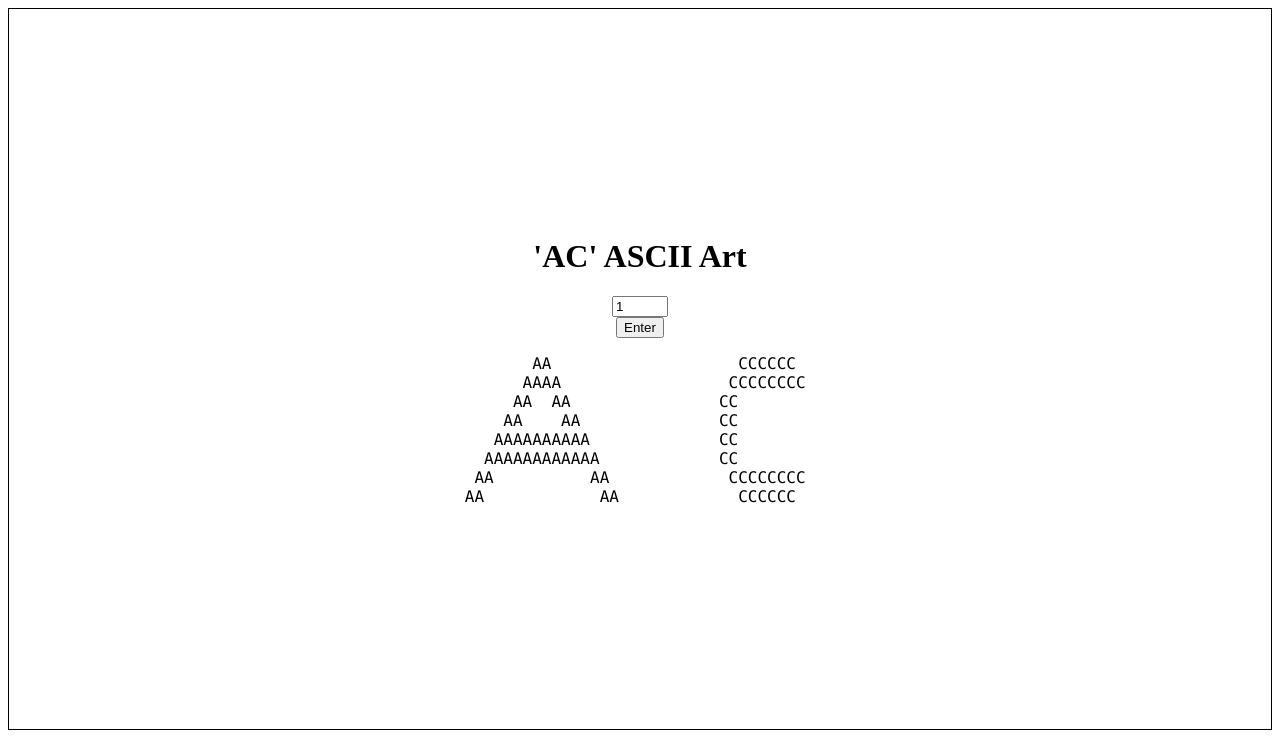
Repository: Achorn/ascii-art
Page: index.html
An editor plug-in stored every save of this project. The page is shown before and after the next save, followed by the edit.
The browser window is 1280 px wide. The pictures show the whole page.

Above is the page before, as saved 2021-08-09 21:02:44.

### index.html
<!DOCTYPE html>
<html lang="en">
  <head>
    <link rel="stylesheet" href="styles.css" />
    <meta charset="UTF-8" />
    <meta http-equiv="X-UA-Compatible" content="IE=edge" />
    <meta name="viewport" content="width=device-width, initial-scale=1.0" />
    <title>Document</title>
  </head>
  <body>
    <h1>'AC' ASCII Art</h1>
    <input id="scale-input" type="number" min="1" value="1" max="10" />
    <button onclick="handlePress()">Enter</button>
    <div id="ascii-container">
      <div id="a-container">
        <p id="mono-a" style="font-family: 'Lucida Console', monospace"></p>
      </div>
      <div id="c-container">
        <p id="mono-c" style="font-family: 'Lucida Console', monospace"></p>
      </div>
    </div>
    <script type="text/javascript" src="myscripts.js"></script>
  </body>
</html>

### styles.css
body {
  border: 1px solid black;
  display: flex;
  flex-direction: column;
  justify-content: center;
  align-items: center;
  height: 100vh;
}

form {
  border: 2px solid grey;
  height: 500px;
  /* width: 400px; */
  text-align: center;
}

#ascii-container {
  display: flex;
}

#a-container {
  /* background-color: pink; */
}
#c-container {
  /* background-color: pink; */
}
#mono-a {
  /* font-size: 25.5vw; */
  padding: 0px 50px 0px 50px;
  white-space: pre;
}
#mono-c {
  padding: 0px 50px 0px 50px;
  white-space: pre;
}

### myscripts.js
let oneA = ["A"];
let oneC = ["C"];
let twoA = [
  [" ", "A", " "],
  ["A", " ", "A"],
];
let twoC = [["C"], ["C"]];

let threeA = [
  [" ", " ", "A", " ", " "],
  [" ", "A", "A", "A", " "],
  ["A", " ", " ", " ", "A"],
];
let threeC = [
  [" ", "C", "C", "C"],
  ["C", " ", " ", " "],
  [" ", "C", "C", "C"],
];

let fourA = [
  [" ", " ", " ", "A"],
  [" ", " ", "A", " "],
  [" ", "A", "A", "A"],
  ["A", " ", " ", " "],
];
let fourC = [
  [" ", "C", "C", "C", " "],
  ["C", " ", " ", " ", " "],
];

let eight = [
  [" ", " ", " ", " ", " ", " ", " ", "A"],
  [" ", " ", " ", " ", " ", " ", "A", "A"],
  [" ", " ", " ", " ", " ", "A", "A", " "],
  [" ", " ", " ", " ", "A", "A", "A", "A"],
  [" ", " ", " ", "A", "A", "A", "A", "A"],
  [" ", " ", "A", "A", " ", " ", " ", " "],
  [" ", "A", "A", " ", " ", " ", " ", " "],
  ["A", "A", " ", " ", " ", " ", " ", " "],
];

function scaleSpread(array, factor) {
  const scaled = [];

  for (const row of array) {
    let x = [];

    for (const item of row) x.push(...Array(factor).fill(item));

    scaled.push(...Array(factor).fill(x));
  }

  return scaled;
}

function arrToString(arr) {
  let string = "";
  for (let i = 0; i < arr.length; i++) {
    string += arr[i].join("") + "<br>";
  }
  return string;
}

function halfAToString(arr) {
  let string = "";
  for (let i = 0; i < arr.length; i++) {
    string += arr[i].join("");
    let rev = arr[i].slice();
    string += rev.reverse().join("");
    string += "<br>";
  }
  return string;
}

function halfCToString(arr) {
  let string = "";
  for (let i = 0; i < arr.length; i++) {
    string += arr[i].join("");
    string += "<br>";
  }
  for (let i = arr.length - 1; i >= 0; i--) {
    string += arr[i].join("");
    string += "<br>";
  }
  return string;
}
function trimA(arr, lWidth) {
  for (i = 0; i < arr.length; i++) {
    let disp = lWidth - (i % lWidth) - 1;
    let newArr = arr[i].slice();
    for (let j = 0; j < disp; j++) {
      newArr.pop();
      newArr.unshift(" ");
    }
    arr[i] = newArr;
  }
}

function trimC(arr, lWidth) {
  console.log("trimming C: ", arr, lWidth);
  for (i = 0; i < lWidth; i++) {
    //add 2*i to center
    let newArr = arr[i].slice();
    console.log(i);
    for (let j = 0; j < i * 2; j++) {
      newArr.splice(newArr.length / 2, 0, "C");
    }

    //remove i from sides
    for (let j = 0; j < i; j++) {
      newArr.pop();
      newArr.shift();
    }
    arr[i] = newArr;
  }
}
//GET ELEMENTS
let monoA = document.getElementById("mono-a");
let monoC = document.getElementById("mono-c");
let scaleInput = document.getElementById("scale-input");
//SCALE AND RESIZE
//A
let scale = 2;

let scaledFour = scaleSpread(fourA, scale);
trimA(scaledFour, scale);

//C
let scaledC = scaleSpread(fourC, scale);
trimC(scaledC, scale);
//ADD TO HTML

monoA.innerHTML = halfAToString(scaledFour);
monoC.innerHTML = halfCToString(scaledC);

function scaleLetters(scale) {
  monoA.style.fontSize = `${60 / scale}px`;
  monoC.style.fontSize = `${60 / scale}px`;
  let scaledA = scaleSpread(fourA, scale);
  trimA(scaledA, scale);
  monoA.innerHTML = halfAToString(scaledFour);

  let scaledC = scaleSpread(fourC, scale);
  trimC(scaledC, scale);
  monoC.innerHTML = halfCToString(scaledC);
}

function handlePress() {
  scale = scaleInput.value;
  console.log(scale);
  scaleLetters(scale);
}

After the next save:
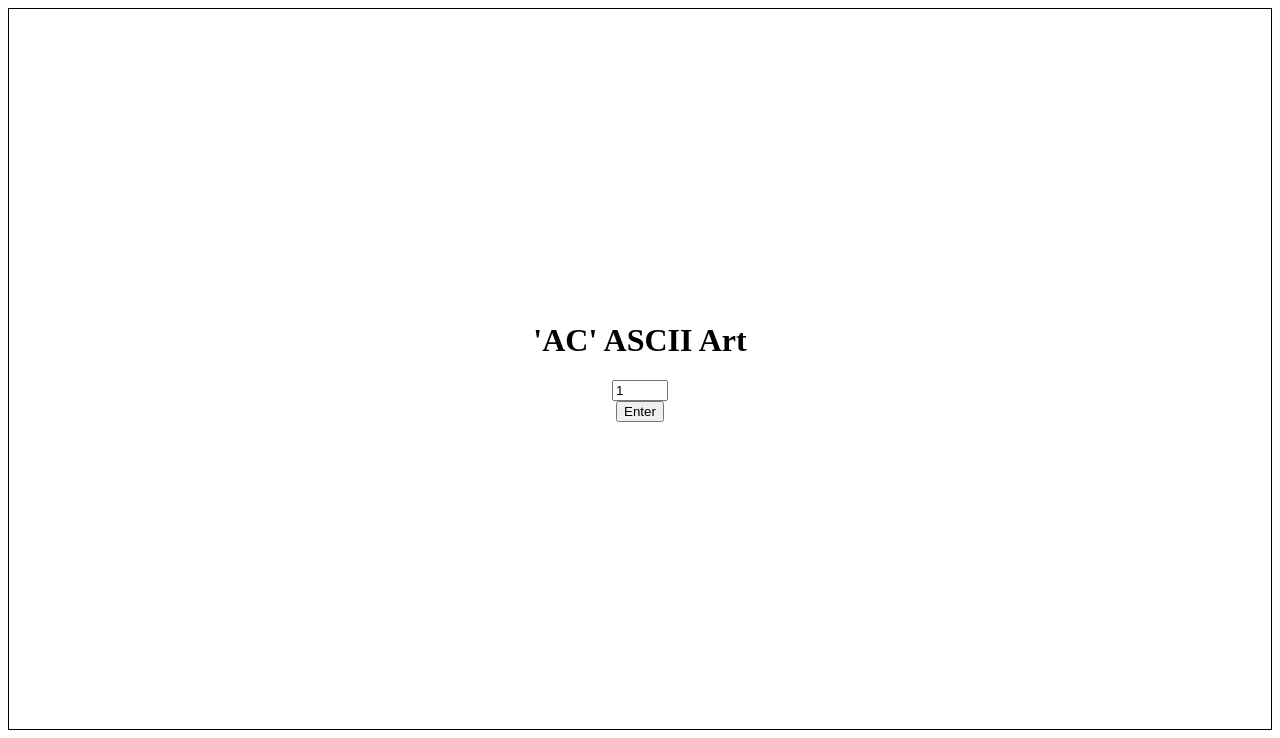
Saved 26 s later.
--- a/myscripts.js
+++ b/myscripts.js
@@ -120,18 +120,18 @@
 let scaleInput = document.getElementById("scale-input");
 //SCALE AND RESIZE
 //A
-let scale = 2;
+// let scale = 2;
 
-let scaledFour = scaleSpread(fourA, scale);
-trimA(scaledFour, scale);
+// let scaledFour = scaleSpread(fourA, scale);
+// trimA(scaledFour, scale);
 
 //C
-let scaledC = scaleSpread(fourC, scale);
-trimC(scaledC, scale);
+// let scaledC = scaleSpread(fourC, scale);
+// trimC(scaledC, scale);
 //ADD TO HTML
 
-monoA.innerHTML = halfAToString(scaledFour);
-monoC.innerHTML = halfCToString(scaledC);
+// monoA.innerHTML = halfAToString(scaledFour);
+// monoC.innerHTML = halfCToString(scaledC);
 
 function scaleLetters(scale) {
   monoA.style.fontSize = `${60 / scale}px`;

After the 4 saves that followed:
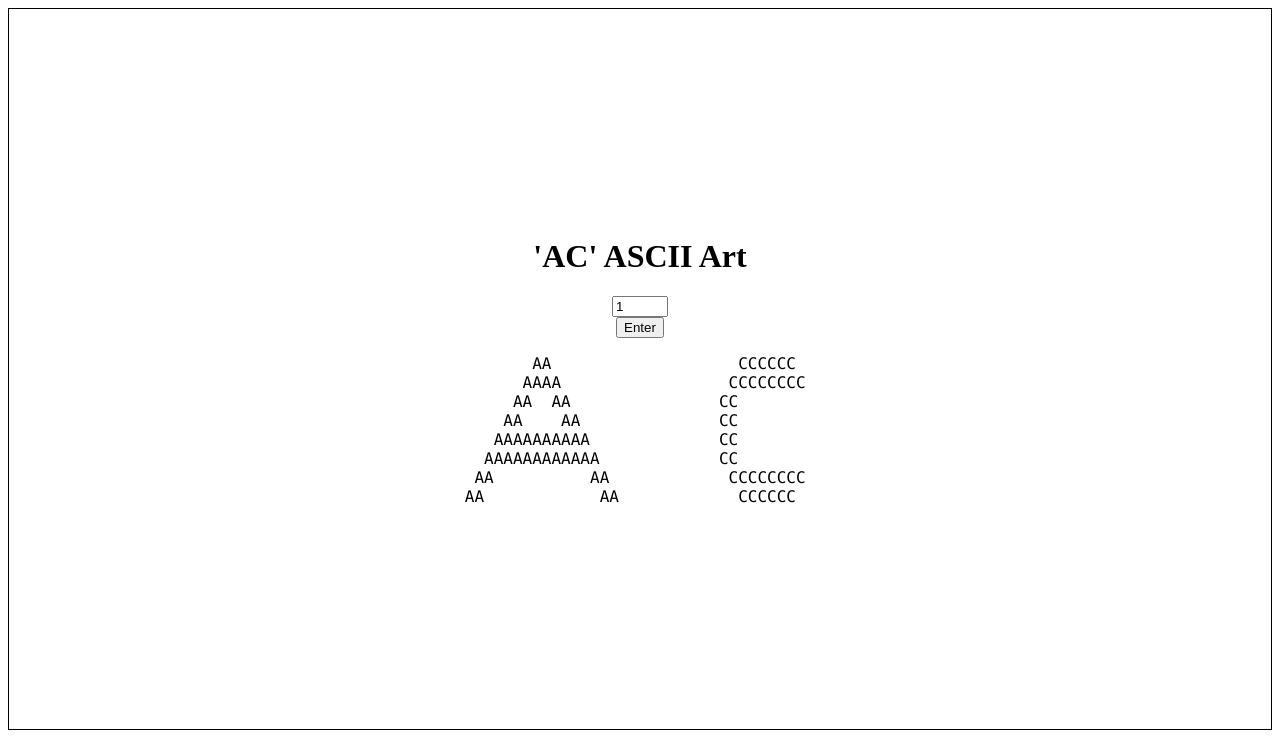
The 4 saves are shown as one change because 3 left the picture as it was.
The last was saved 2 min 20 s later.
--- a/myscripts.js
+++ b/myscripts.js
@@ -120,27 +120,27 @@
 let scaleInput = document.getElementById("scale-input");
 //SCALE AND RESIZE
 //A
-// let scale = 2;
+let scale = 2;
 
-// let scaledFour = scaleSpread(fourA, scale);
-// trimA(scaledFour, scale);
+let scaledFour = scaleSpread(fourA, scale);
+trimA(scaledFour, scale);
 
 //C
-// let scaledC = scaleSpread(fourC, scale);
-// trimC(scaledC, scale);
+let scaledC = scaleSpread(fourC, scale);
+trimC(scaledC, scale);
 //ADD TO HTML
 
-// monoA.innerHTML = halfAToString(scaledFour);
-// monoC.innerHTML = halfCToString(scaledC);
+monoA.innerHTML = halfAToString(scaledFour);
+monoC.innerHTML = halfCToString(scaledC);
 
 function scaleLetters(scale) {
   monoA.style.fontSize = `${60 / scale}px`;
   monoC.style.fontSize = `${60 / scale}px`;
-  let scaledA = scaleSpread(fourA, scale);
+  let scaledA = scaleSpread(fourA.slice(), scale);
   trimA(scaledA, scale);
-  monoA.innerHTML = halfAToString(scaledFour);
+  monoA.innerHTML = halfAToString(scaledA);
 
-  let scaledC = scaleSpread(fourC, scale);
+  let scaledC = scaleSpread(fourC.slice(), scale);
   trimC(scaledC, scale);
   monoC.innerHTML = halfCToString(scaledC);
 }
